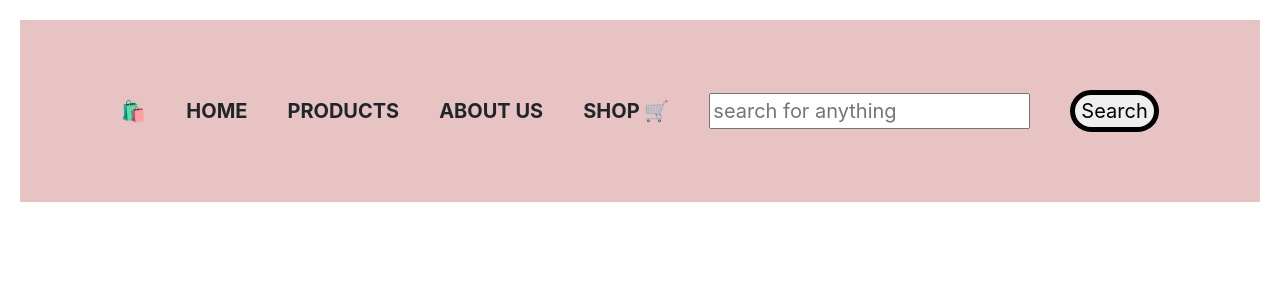
Repository: thf4/Project-Shop
Page: /
An editor plug-in stored every save of this project. The page is shown before and after the next save, followed by the edit.
The browser window is 1280 px wide. The pictures show the whole page.
The project was rebuilt for these pictures with package versions that can differ from the ones it lists, and the page was loaded fresh each time.

Above is the page before, as saved 2021-04-22 11:45:07.

After the next save:
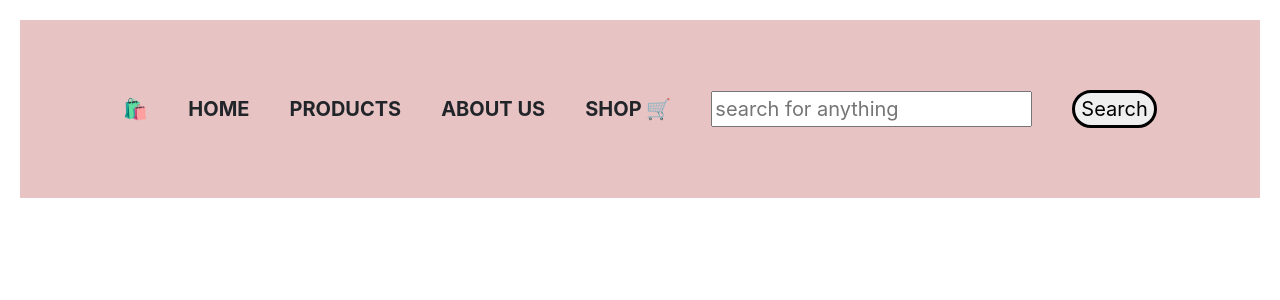
Saved 6 s later.
--- a/src/App.css
+++ b/src/App.css
@@ -21,7 +21,7 @@ li{
 #button{
   border-radius: 30px;
   border-style: solid;
-  border-width: 5px;
+  border-width: 3px;
 }
 .App-header{
 
